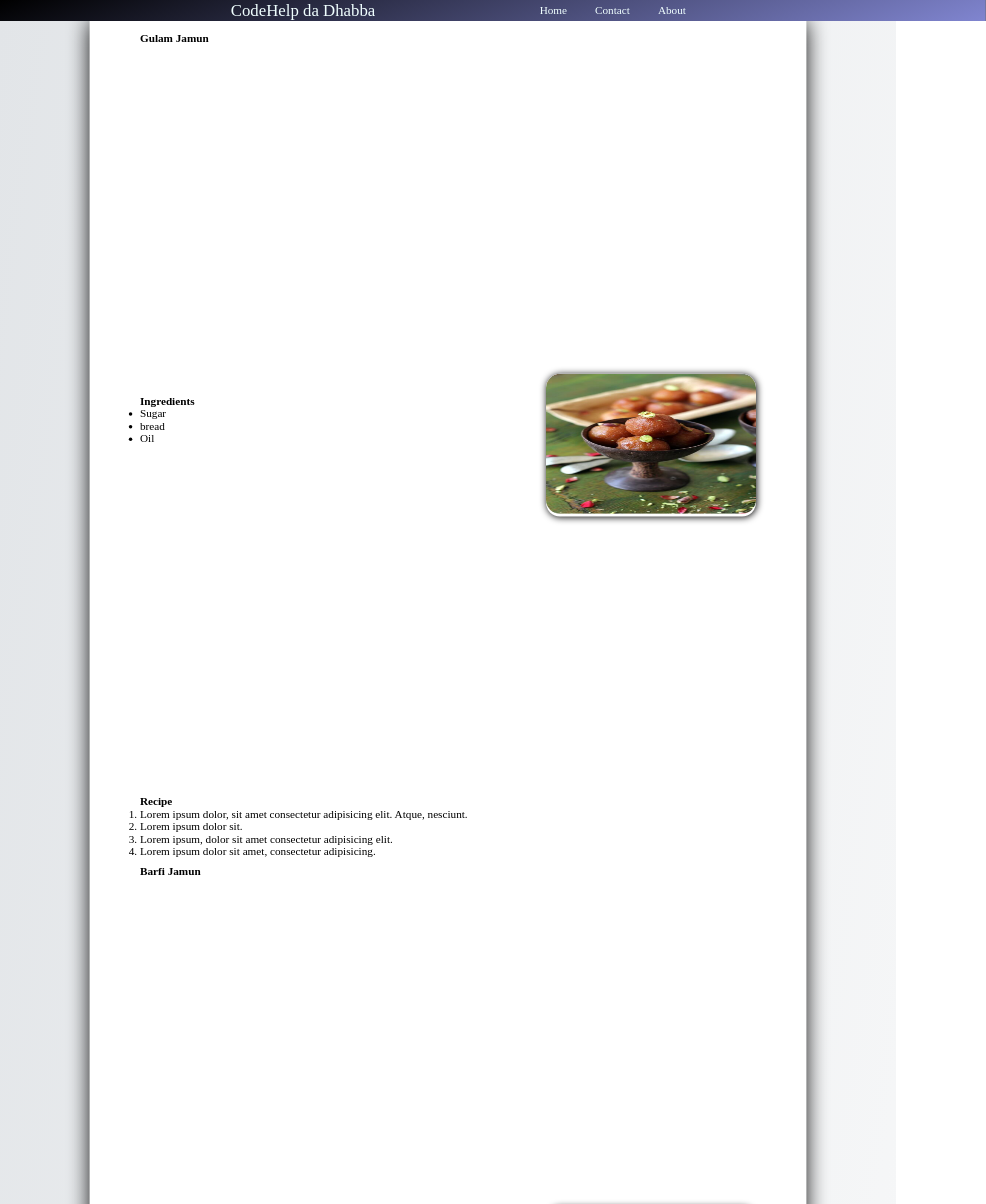
Repository: ssaddamhuss100/Recipe_Html_css
Page: index.html
These files come from the project's save history. The page is drawn as it stood at one moment and after the next save; the edit follows.
The browser window is 1280 px wide. The page is 1408 px wide, so the pictures cover 1408 px, including what lies to the right of the window. The pictures show the part of the page from y = 0 to 1720 px (the page is 7210 px tall before and 1354 px after), at 70% of full size.

Above is the page before, as saved 2024-12-12 11:02:43.

After the next save:
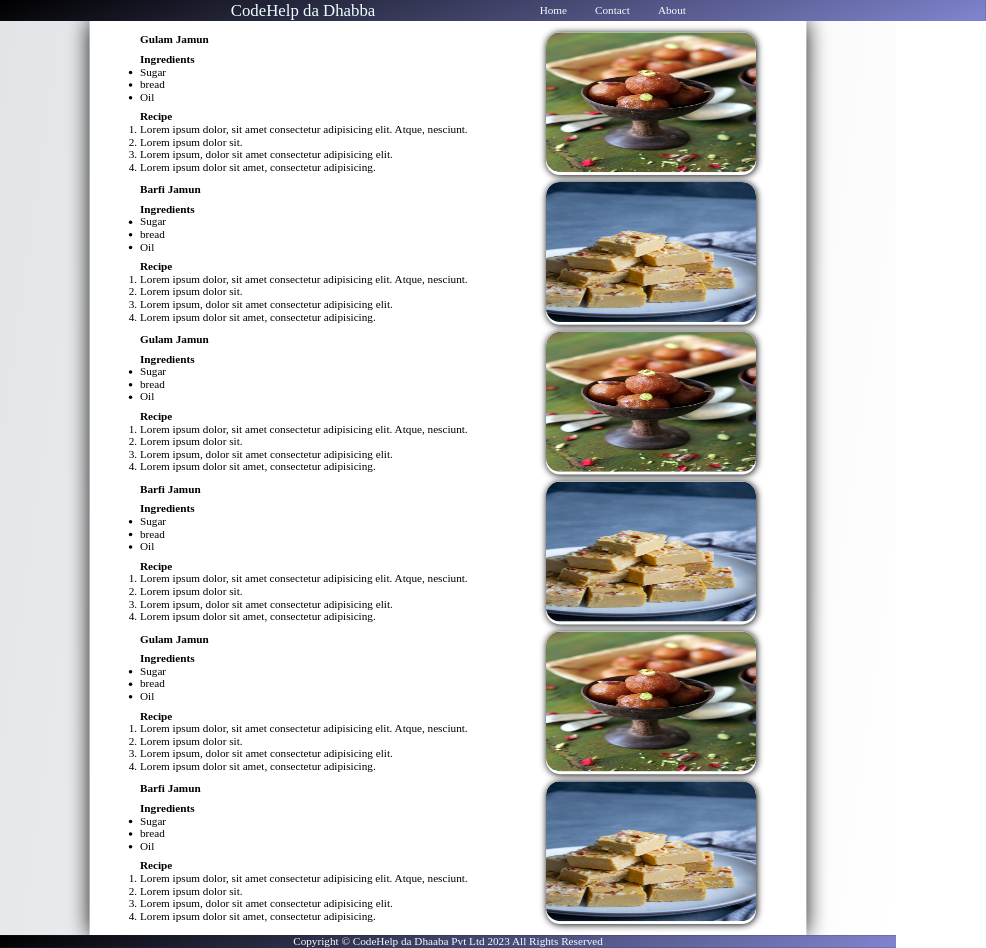
Saved 22 s later.
--- a/style.css
+++ b/style.css
@@ -110,7 +110,7 @@ footer{
 .leftBox{
     display: flex;
     flex-direction: column;
-    gap: 500px;
+    gap: 10px;
 }
 .leftBox h2{
     font-size: 1rem;
